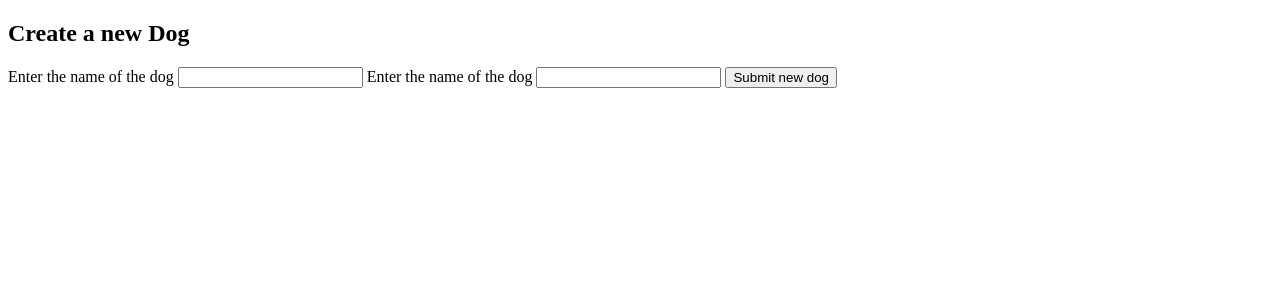
Repository: johnhongannguyen/forms-and-valiadation
Page: public/index.html
The author's editor kept a record of every edit. The page is drawn from the files as they stood at one moment, then again after the next edit.
The browser window is 1280 px wide. The pictures show the whole page.

Above is the page before.

After the next edit:
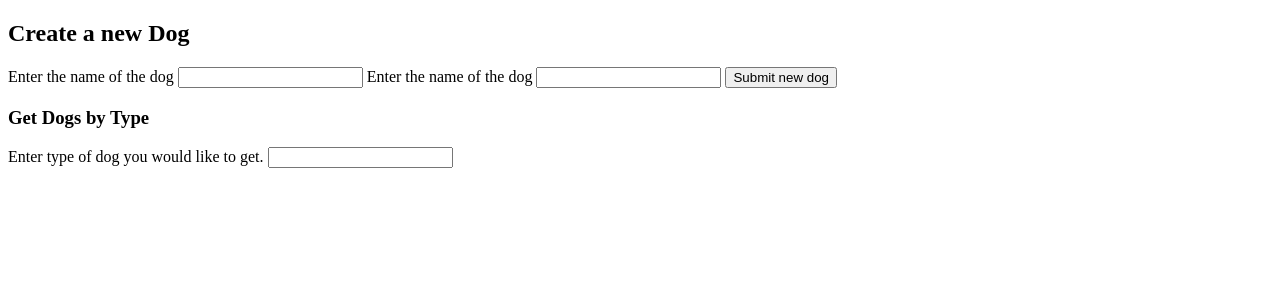
The edit:
--- a/public/index.html
+++ b/public/index.html
@@ -22,5 +22,13 @@
 
         <input type="submit" value="Submit new dog">
     </form>
+
+    <h3> Get Dogs by Type</h3>
+    <form>
+        <label>
+            Enter type of dog you would like to get.
+            <input type="text" name="type">
+        </label>
+    </form>
 </body>
 </html>
